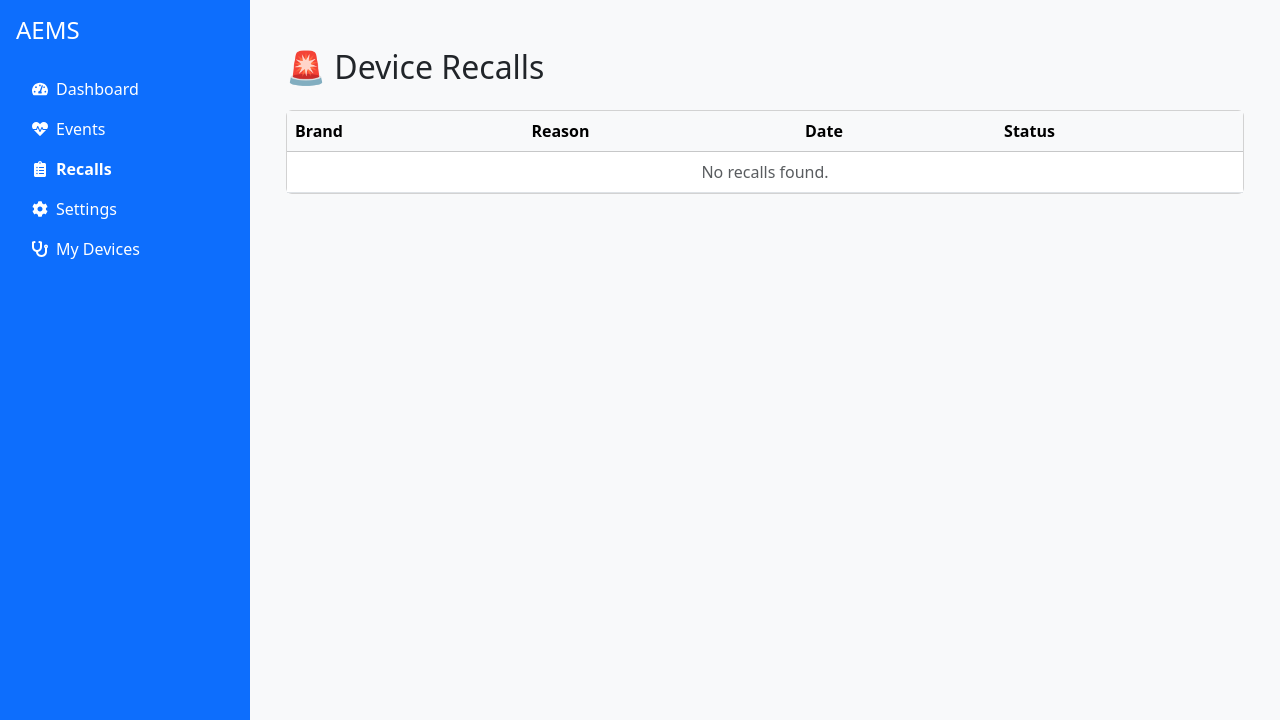
Repository: Sarary2/AEMS_2MVP
Page: /recalls (app in frontend/AEMS/)
An editor plug-in stored every save of this project. The page is shown before and after the next save, followed by the edit.
The browser window is 1280 px wide. The pictures show the whole page.
The page's requests for data from a server got no answer. The project was rebuilt for these pictures with package versions that can differ from the ones it lists, and the page was loaded fresh each time. No one was signed in, and anything a server would have sent is missing. Also part of the build but not shown: frontend/AEMS/vite.config.js, frontend/AEMS/src/components/StatCard.jsx, frontend/AEMS/src/components/DeviceRow.jsx, frontend/AEMS/src/components/StatusChart.jsx, frontend/AEMS/src/components/RecallsPanel.jsx, frontend/AEMS/src/pages/Dashboard.jsx, frontend/AEMS/src/pages/Events.jsx, frontend/AEMS/src/firebase.js and 4 more.

Above is the page before, as saved 2025-05-06 14:07:04.

### frontend/AEMS/src/main.jsx
import React from 'react';
import ReactDOM from 'react-dom/client';
import App from './App.jsx';
import 'bootstrap/dist/css/bootstrap.min.css';

ReactDOM.createRoot(document.getElementById('root')).render(
  <React.StrictMode>
    <App />
  </React.StrictMode>
);

### frontend/AEMS/src/App.jsx
import { BrowserRouter as Router, Routes, Route, useLocation } from 'react-router-dom';
import Sidebar from './components/Sidebar';
import Dashboard from './pages/Dashboard';
import Events from './pages/Events';
import Login from './pages/Login';
import Register from './pages/Register';
import Recalls from './pages/Recalls';
import Settings from './pages/Settings';
import TrackedDevices from './pages/TrackedDevices';

function LayoutWithSidebar({ children }) {
  return (
    <div className="d-flex min-vh-100">
      <Sidebar />
      <div className="flex-grow-1 bg-light p-4 overflow-auto">
        {children}
      </div>
    </div>
  );
}

function AppRoutes() {
  const location = useLocation();
  const hideSidebar = ['/login', '/register'].includes(location.pathname);

  return hideSidebar ? (
    <Routes>
      <Route path="/login" element={<Login />} />
      <Route path="/register" element={<Register />} />
    </Routes>
  ) : (
    <LayoutWithSidebar>
      <Routes>
        <Route path="/" element={<Dashboard />} />
        <Route path="/events" element={<Events />} />
        <Route path="/recalls" element={<Recalls />} />
        <Route path="/settings" element={<Settings />} />
        <Route path="/tracked" element={<TrackedDevices />} />
      </Routes>
    </LayoutWithSidebar>
  );
}

export default function App() {
  return (
    <Router>
      <AppRoutes />
    </Router>
  );
}

### frontend/AEMS/src/components/Sidebar.jsx
import { NavLink } from 'react-router-dom';
import { FaTachometerAlt, FaHeartbeat, FaClipboardList, FaCog, FaStethoscope } from 'react-icons/fa';

export default function Sidebar() {
  return (
    <div className="bg-primary text-white d-flex flex-column p-3" style={{ width: '250px', minHeight: '100vh' }}>
      <h4 className="text-white mb-4">AEMS</h4>
      <ul className="nav flex-column">
        <li className="nav-item">
          <NavLink to="/" className={({ isActive }) =>
            `nav-link d-flex align-items-center text-white ${isActive ? 'fw-bold' : ''}`
          }>
            <FaTachometerAlt className="me-2" /> Dashboard
          </NavLink>
        </li>
        <li className="nav-item">
          <NavLink to="/events" className={({ isActive }) =>
            `nav-link d-flex align-items-center text-white ${isActive ? 'fw-bold' : ''}`
          }>
            <FaHeartbeat className="me-2" /> Events
          </NavLink>
        </li>
        <li className="nav-item">
          <NavLink to="/recalls" className={({ isActive }) =>
            `nav-link d-flex align-items-center text-white ${isActive ? 'fw-bold' : ''}`
          }>
            <FaClipboardList className="me-2" /> Recalls
          </NavLink>
        </li>
        <li className="nav-item">
          <NavLink to="/settings" className={({ isActive }) =>
            `nav-link d-flex align-items-center text-white ${isActive ? 'fw-bold' : ''}`
          }>
            <FaCog className="me-2" /> Settings
          </NavLink>
        </li>
        <li className="nav-item">
          <NavLink to="/tracked" className={({ isActive }) =>
            `nav-link d-flex align-items-center text-white ${isActive ? 'fw-bold' : ''}`
          }>
            <FaStethoscope className="me-2" /> My Devices
          </NavLink>
        </li>
      </ul>
    </div>
  );
}

### frontend/AEMS/src/pages/Recalls.jsx
import { useEffect, useState } from 'react';
import { fetchDeviceRecalls } from '../utils/fetchRecalls';

export default function Recalls() {
  const [recalls, setRecalls] = useState([]);

  useEffect(() => {
    fetchDeviceRecalls(25).then(setRecalls);
  }, []);

  return (
    <div className="container-fluid">
      <h2 className="my-4">🚨 Device Recalls</h2>
      <div className="card">
        <div className="card-body p-0">
          <table className="table table-hover mb-0">
            <thead className="table-light">
              <tr>
                <th>Brand</th>
                <th>Reason</th>
                <th>Date</th>
                <th>Status</th>
              </tr>
            </thead>
            <tbody>
              {recalls.length === 0 ? (
                <tr>
                  <td colSpan="4" className="text-center text-muted">No recalls found.</td>
                </tr>
              ) : (
                recalls.map((recall, i) => (
                  <tr key={i}>
                    <td>{recall.brandName}</td>
                    <td>{recall.recallReason}</td>
                    <td>{recall.recallDate}</td>
                    <td>
                      <span className={`badge bg-${recall.status === 'Ongoing' ? 'warning' : 'secondary'}`}>
                        {recall.status}
                      </span>
                    </td>
                  </tr>
                ))
              )}
            </tbody>
          </table>
        </div>
      </div>
    </div>
  );
}

### frontend/AEMS/src/utils/fetchRecalls.js
export async function fetchDeviceRecalls(limit = 10) {
    try {
      const res = await fetch(`https://api.fda.gov/device/enforcement.json?search=product_type:Device&limit=${limit}`);
      const data = await res.json();
      return data.results.map(item => ({
        brandName: item.device_name || 'Unknown',
        recallReason: item.reason_for_recall || 'N/A',
        recallDate: item.recall_initiation_date || 'N/A',
        status: item.status || 'N/A',
        recallNumber: item.recall_number || '',
      }));
    } catch (err) {
      console.error('Error fetching recall data:', err);
      return [];
    }
  }

Loaded but not shown: frontend/AEMS/index.html (common file)

After the next save:
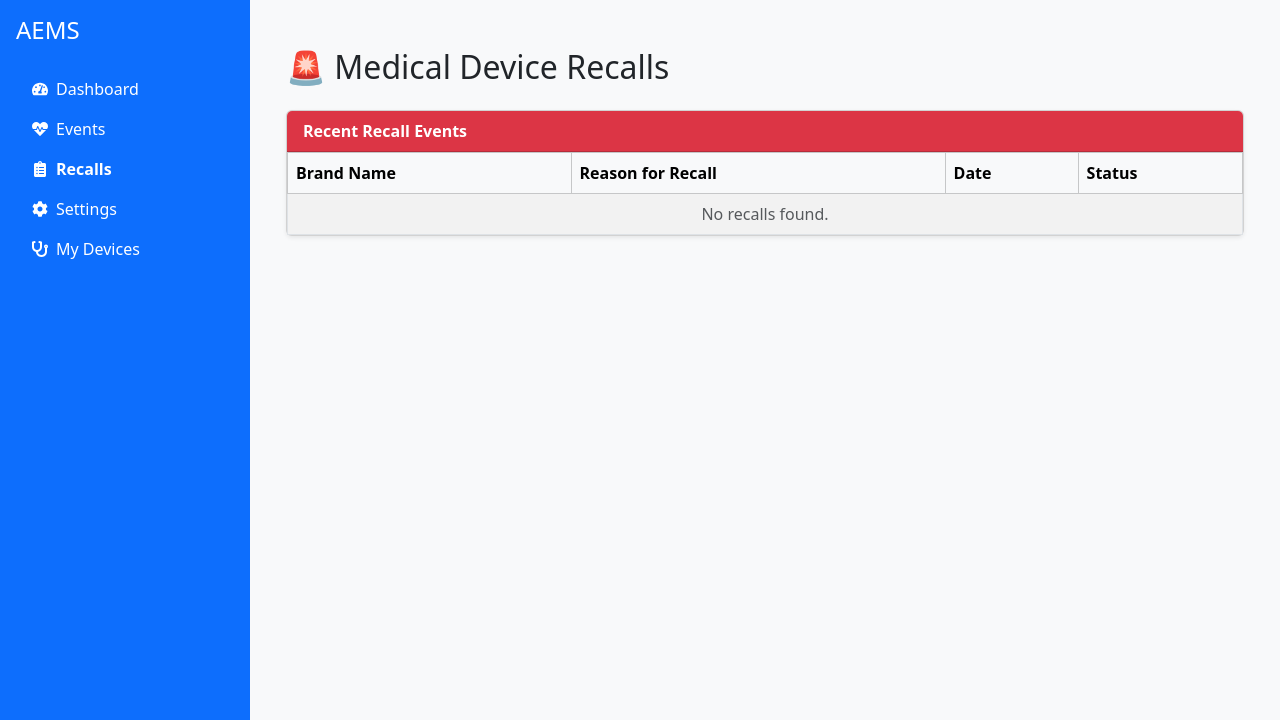
Saved 92 s later.
--- a/frontend/AEMS/src/pages/Recalls.jsx
+++ b/frontend/AEMS/src/pages/Recalls.jsx
@@ -3,46 +3,75 @@ import { fetchDeviceRecalls } from '../utils/fetchRecalls';
 
 export default function Recalls() {
   const [recalls, setRecalls] = useState([]);
+  const [loading, setLoading] = useState(true);
 
   useEffect(() => {
-    fetchDeviceRecalls(25).then(setRecalls);
+    fetchDeviceRecalls(25).then(data => {
+      setRecalls(data);
+      setLoading(false);
+    });
   }, []);
+
+  const formatDate = (rawDate) => {
+    if (!rawDate || rawDate.length !== 8) return 'N/A';
+    const year = rawDate.slice(0, 4);
+    const month = rawDate.slice(4, 6);
+    const day = rawDate.slice(6, 8);
+    return `${year}-${month}-${day}`;
+  };
+
+  const getStatusColor = (status) => {
+    switch (status?.toLowerCase()) {
+      case 'ongoing': return 'warning';
+      case 'completed': return 'success';
+      case 'terminated': return 'danger';
+      default: return 'secondary';
+    }
+  };
 
   return (
     <div className="container-fluid">
-      <h2 className="my-4">🚨 Device Recalls</h2>
-      <div className="card">
+      <h2 className="my-4">🚨 Medical Device Recalls</h2>
+
+      <div className="card shadow-sm">
+        <div className="card-header bg-danger text-white fw-bold">
+          Recent Recall Events
+        </div>
         <div className="card-body p-0">
-          <table className="table table-hover mb-0">
-            <thead className="table-light">
-              <tr>
-                <th>Brand</th>
-                <th>Reason</th>
-                <th>Date</th>
-                <th>Status</th>
-              </tr>
-            </thead>
-            <tbody>
-              {recalls.length === 0 ? (
+          {loading ? (
+            <div className="text-center py-4 text-muted">Loading recalls...</div>
+          ) : (
+            <table className="table table-striped table-bordered mb-0">
+              <thead className="table-light">
                 <tr>
-                  <td colSpan="4" className="text-center text-muted">No recalls found.</td>
+                  <th>Brand Name</th>
+                  <th>Reason for Recall</th>
+                  <th>Date</th>
+                  <th>Status</th>
                 </tr>
-              ) : (
-                recalls.map((recall, i) => (
-                  <tr key={i}>
-                    <td>{recall.brandName}</td>
-                    <td>{recall.recallReason}</td>
-                    <td>{recall.recallDate}</td>
-                    <td>
-                      <span className={`badge bg-${recall.status === 'Ongoing' ? 'warning' : 'secondary'}`}>
-                        {recall.status}
-                      </span>
-                    </td>
+              </thead>
+              <tbody>
+                {recalls.length === 0 ? (
+                  <tr>
+                    <td colSpan="4" className="text-center text-muted">No recalls found.</td>
                   </tr>
-                ))
-              )}
-            </tbody>
-          </table>
+                ) : (
+                  recalls.map((recall, i) => (
+                    <tr key={i}>
+                      <td>{recall.brandName}</td>
+                      <td>{recall.recallReason}</td>
+                      <td>{formatDate(recall.recallDate)}</td>
+                      <td>
+                        <span className={`badge bg-${getStatusColor(recall.status)}`}>
+                          {recall.status || 'Unknown'}
+                        </span>
+                      </td>
+                    </tr>
+                  ))
+                )}
+              </tbody>
+            </table>
+          )}
         </div>
       </div>
     </div>
